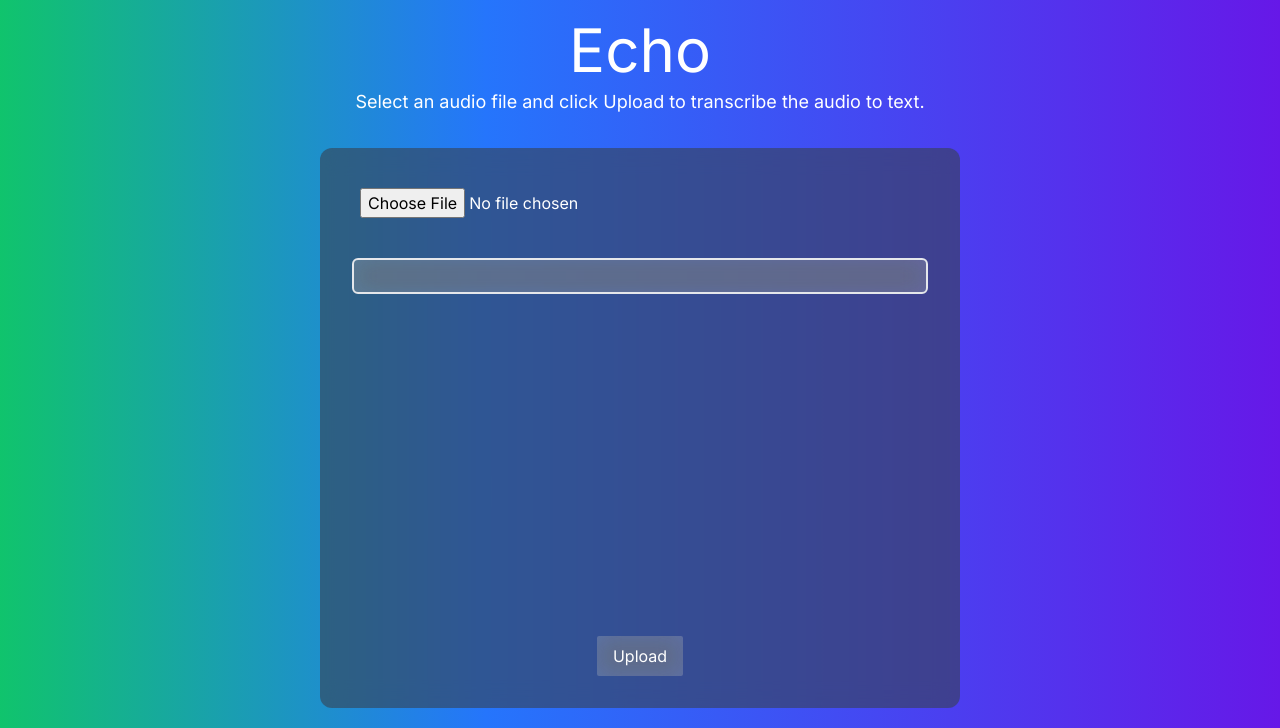
Repository: MikeeBuilds/whisperer
Page: /
The author's editor kept a copy of each file at every save. The page is drawn from the files as they stood at one save, then again after a run of saves.
The browser window is 1280 px wide. The pictures show the whole page.
The project was rebuilt for these pictures with package versions that can differ from the ones it lists, and the page was loaded fresh each time. The framework's server and built-in components were replaced by stand-ins that run in the browser. Also part of the build but not shown: next.config.js.

Above is the page before, as saved 2023-06-26 16:22:45.

### src/app/layout.tsx
import './globals.css'
import { Inter } from 'next/font/google'

const inter = Inter({ subsets: ['latin'] })

export const metadata = {
  title: 'Create Next App',
  description: 'Generated by create next app',
}

export default function RootLayout({
  children,
}: {
  children: React.ReactNode
}) {
  return (
    <html lang="en">
      <body className={inter.className}>

        {children}
      </body>
    </html>
  )
}

### src/app/page.tsx
'use client'

import { useState } from "react"

export default function Home() {
  const [theFile, setTheFile] = useState<File | null>(null);
  const [isLoading, setIsLoading] = useState(false);
  const [response, setResponse] = useState("");

  const handleFileChange = (event: React.ChangeEvent<HTMLInputElement>) => {
    const file = event.currentTarget.files?.[0];
    if (!file) return;

    setTheFile(file);
  };

  const callGetTranscription = async () => {
    setIsLoading(true);

    if (!theFile) {
      // Handle the case when no file is selected
      setIsLoading(false);
      return;
    }

    const formData = new FormData();
    formData.set("file", theFile);

    try {
      const response = await fetch("/api", {
        method: "POST",
        body: formData,
      });

      if (response.ok) {
        // Handle the success response
        console.log("File uploaded successfully");
      } else {
        // Handle the error response
        console.error("Failed to upload file");
      }

      const data = await response.json();

      setResponse(data.output.text);
    } catch (error) {
      // Handle any errors
      console.error("An error occurred while uploading the file", error);
    }

    setTheFile(null);
    setIsLoading(false);
  };

  return (
    <main className="flex min-h-screen flex-col items-center justify-center px-24 py-5 gradient-bg">
      <h1 className="text-6xl font-sans mb-2 text-white">Echo</h1>
      <p className="text-lg font-sans mb-8 text-white">Select an audio file and click Upload to transcribe the audio to text.</p>

      <div className="flex h-[35rem] w-[40rem] flex-col items-center bg-gray-700 rounded-xl p-8 backdrop-blur-md bg-opacity-60">
        <div className="h-full flex flex-col gap-4 overflow-y-auto w-full">
          <input type="file" accept=".wav, .mp3" onChange={handleFileChange} className="mb-4 p-2" />

          <div className="w-full h-max border-2 break-words p-4 bg-white bg-opacity-20 rounded-md backdrop-blur-md">
            {isLoading ? "Loading..." : response ? response : ""}
          </div>
        </div>
        <div className="w-full mt-4 flex justify-center">
          <button
            onClick={callGetTranscription}
            className="w-max bg-white bg-opacity-20 px-4 py-2 rounded-sm hover:bg-opacity-30 transition-colors duration-200 backdrop-blur-md"
          >
            Upload
          </button>
        </div>
      </div>
    </main>
  );
}

### src/app/globals.css
@tailwind base;
@tailwind components;
@tailwind utilities;

@keyframes gradient {
  0% {
    background-position: 0% 50%;
  }
  50% {
    background-position: 100% 50%;
  }
  100% {
    background-position: 0% 50%;
  }
}

body {
  background: #222222;
  color: white;
}

.gradient-bg {
  animation: gradient 15s ease infinite;
  background: linear-gradient(270deg, #6b11e6, #2575fc, #00ff00, #ffff00);
  background-size: 200% 200%;
}

### tailwind.config.js
/** @type {import('tailwindcss').Config} */
module.exports = {
  content: [
    './src/pages/**/*.{js,ts,jsx,tsx,mdx}',
    './src/components/**/*.{js,ts,jsx,tsx,mdx}',
    './src/app/**/*.{js,ts,jsx,tsx,mdx}',
  ],
  theme: {
    extend: {
      fontFamily: {
        sans: ['var(--font-inter)'],
      },
    },
  },
  plugins: [],
}

### src/app/components/NavBar.tsx
export default function Navbar() {
    return (
      <nav className="flex justify-between p-5 bg-blue-500 text-white">
        <div>Echo</div>
        <div>
          <a href="#features" className="mx-2">Features</a>
          <a href="#pricing" className="mx-2">Pricing</a>
          <a href="#contact" className="mx-2">Contact</a>
        </div>
      </nav>
    );
  }

After the next 3 saves:
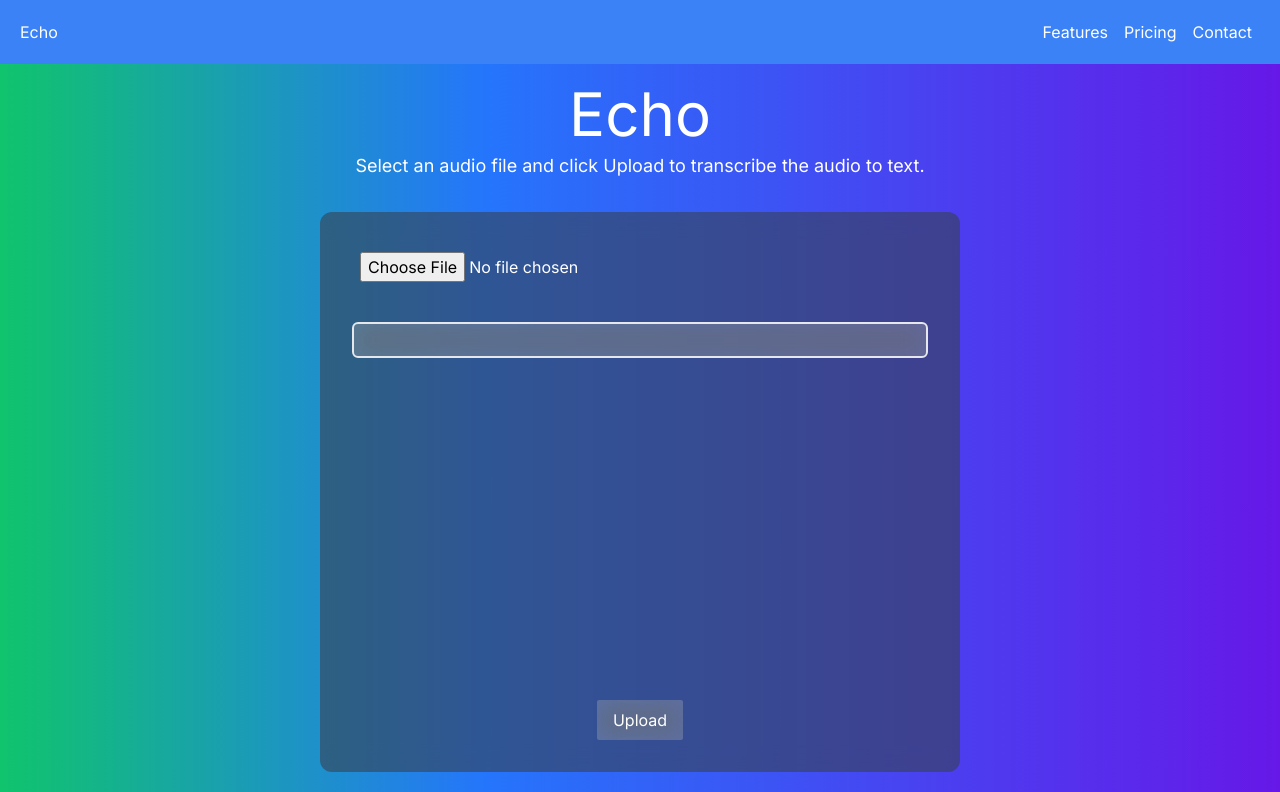
The 3 saves are shown as one change because they came seconds apart.
The last was saved 8 s later.
--- a/src/app/layout.tsx
+++ b/src/app/layout.tsx
@@ -1,3 +1,4 @@
+import Navbar from './components/NavBar'
 import './globals.css'
 import { Inter } from 'next/font/google'
 
@@ -16,7 +17,7 @@ export default function RootLayout({
   return (
     <html lang="en">
       <body className={inter.className}>
-
+        <Navbar/>
         {children}
       </body>
     </html>
